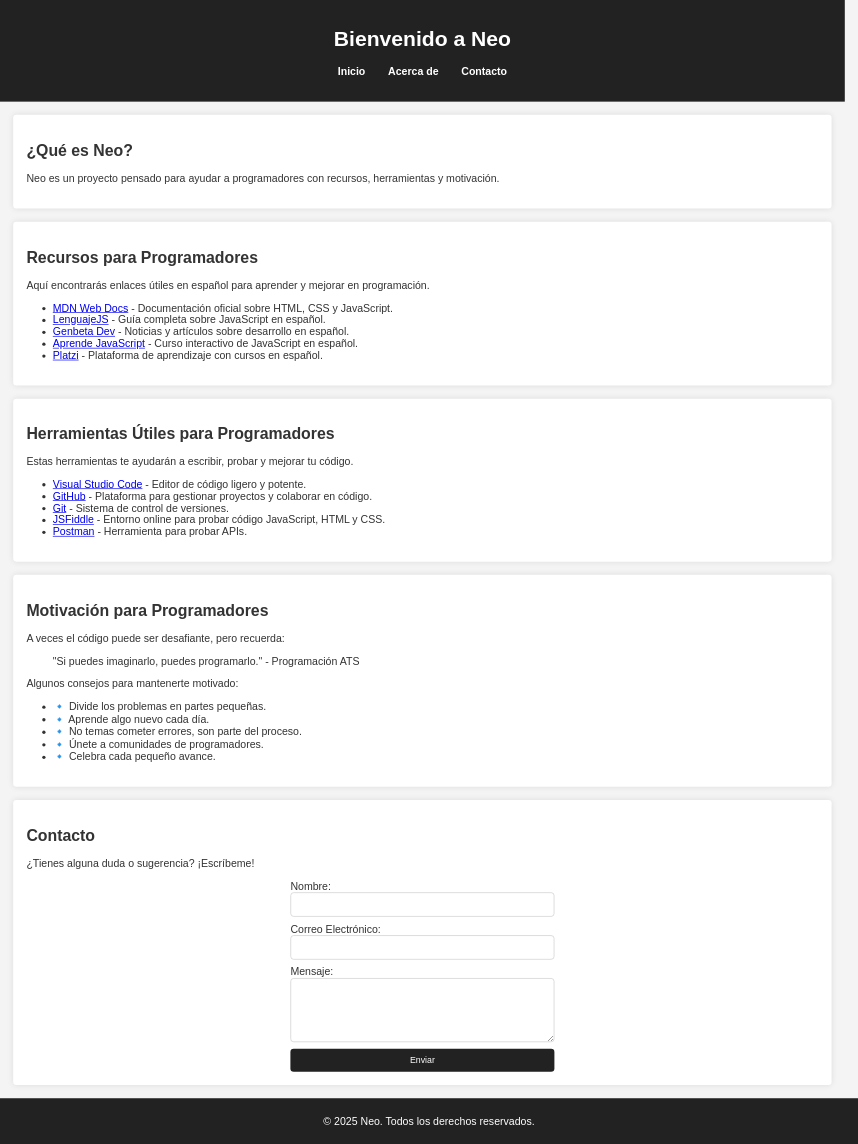
Repository: TapZc/getya_proyect
Page: index.html
An editor plug-in stored every save of this project. The page is shown before and after the next save, followed by the edit.
The browser window is 1280 px wide. The page is 1300 px wide, so the pictures cover 1300 px, including what lies to the right of the window. The pictures show the whole page, at 66% of full size.

Above is the page before, as saved 2025-02-21 07:24:08.

After the next save:
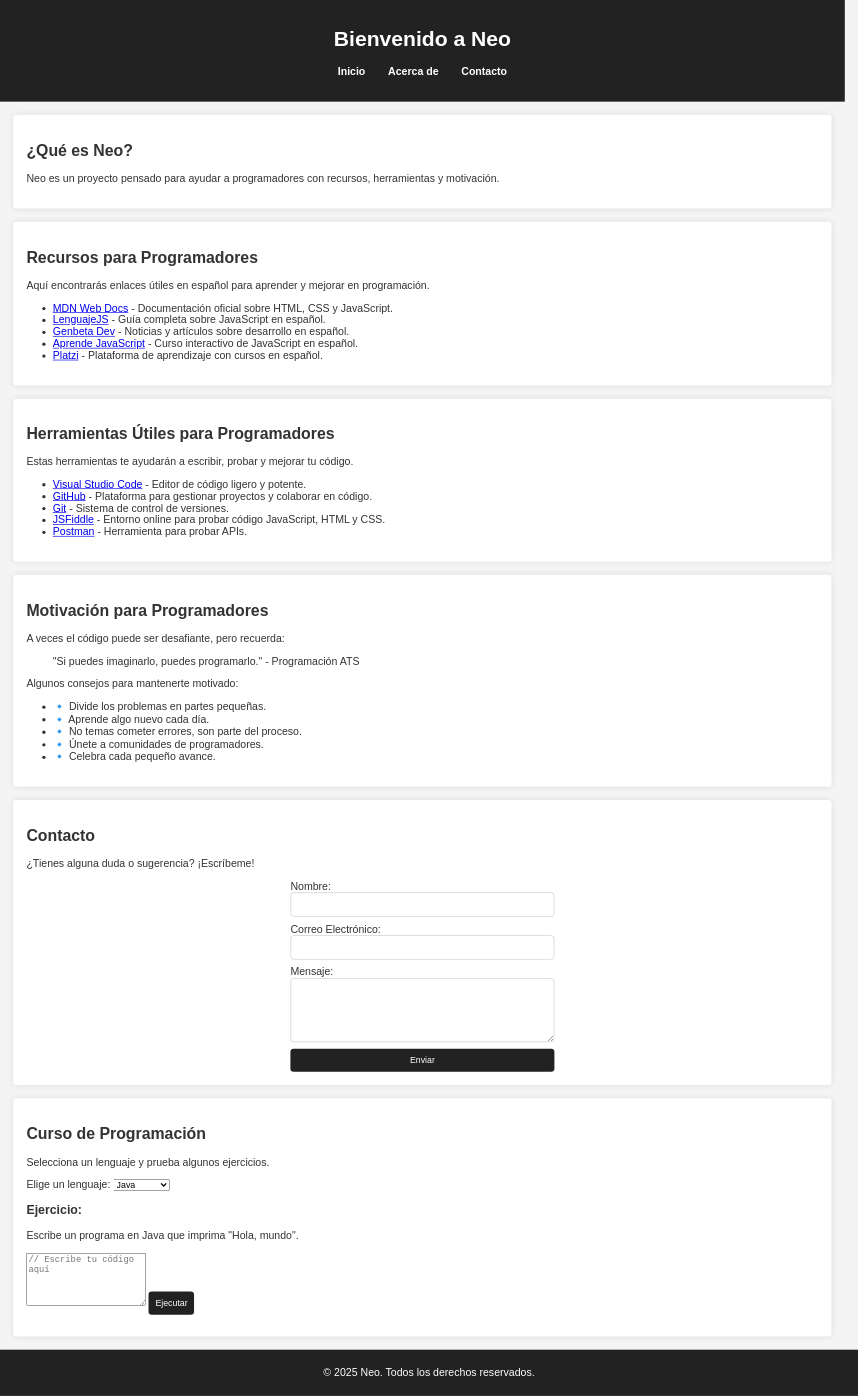
Saved 3 min 11 s later.
--- a/index.html
+++ b/index.html
@@ -80,6 +80,34 @@
         </form>
     </section>
 
+    <section>
+        <h2>Curso de Programación</h2>
+        <p>Selecciona un lenguaje y prueba algunos ejercicios.</p>
+
+        <!-- Selector de lenguaje -->
+        <label for="lenguaje">Elige un lenguaje:</label>
+        <select id="lenguaje">
+            <option value="java">Java</option>
+            <option value="python">Python</option>
+            <option value="javascript">JavaScript</option>
+        </select>
+
+        <!-- Ejercicio a resolver -->
+        <div id="ejercicio">
+            <h3>Ejercicio:</h3>
+            <p>Escribe un programa en Java que imprima "Hola, mundo".</p>
+        </div>
+
+        <!-- Cuadro para escribir código -->
+        <textarea id="codigo" rows="5" placeholder="// Escribe tu código aquí"></textarea>
+
+        <!-- Botón para ejecutar -->
+        <button onclick="ejecutarCodigo()">Ejecutar</button>
+
+        <!-- Resultado de la ejecución -->
+        <pre id="resultado"></pre>
+    </section>
+
 
     <footer>
         <p>&copy; 2025 Neo. Todos los derechos reservados.</p>
